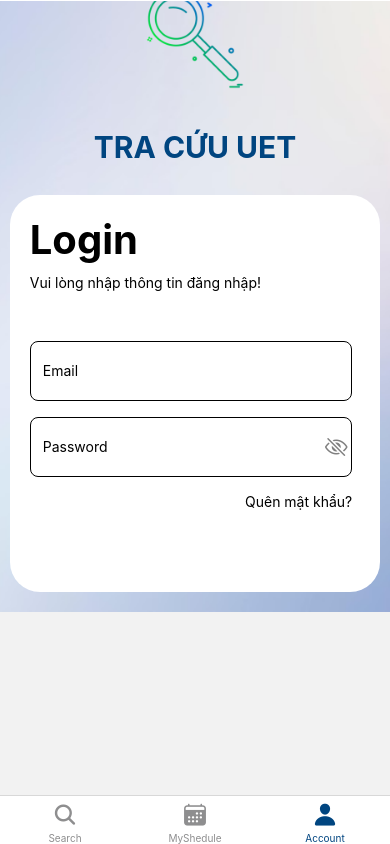
Repository: nguyenkhackien/Student-Progress-Tracker-
Screen: /Account (app in MyApp/)
An editor plug-in stored every save of this project. The screen is shown before and after the next save, followed by the edit.
The app was drawn by React Native's web renderer in a window 390 px wide. The project was rebuilt for these pictures with package versions that can differ from the ones it lists, and the page was loaded fresh each time. Also part of the build but not shown: MyApp/src/components/MyScheduleScreen.js.

Above is the screen before, as saved 2024-07-21 22:30:39.

### MyApp/App.js
import { createBottomTabNavigator } from "@react-navigation/bottom-tabs"
import { StatusBar } from "react-native"
import { Platform, SafeAreaView, StyleSheet, Text, View } from "react-native"
import AccountScreen from "./src/components/AccountScreen"
import MyScheduleScreen from "./src/components/MyScheduleScreen"
import SearchScreen from "./src/components/SearchSreen"
import { NavigationContainer } from "@react-navigation/native"
import { primaryColor } from "./src/Constants/Color"
import { Ionicons } from "@expo/vector-icons"

const Tab = createBottomTabNavigator()
const screenOptions = {
    headerShown: false,
    tabBarActiveTintColor: primaryColor,
}
export default function App() {
    return (
        <SafeAreaView style={styles.root}>
            <NavigationContainer>
                <Tab.Navigator screenOptions={screenOptions}>
                    <Tab.Screen
                        name="Search"
                        component={SearchScreen}
                        options={{
                            tabBarIcon: ({ focus, color, size }) => {
                                return (
                                    <Ionicons
                                        name={"search"}
                                        size={size}
                                        color={color}
                                    />
                                )
                            },
                        }}
                    />
                    <Tab.Screen
                        name="MyShedule"
                        component={MyScheduleScreen}
                        options={{
                            tabBarIcon: ({ focus, color, size }) => {
                                return (
                                    <Ionicons
                                        name={"calendar"}
                                        size={size}
                                        color={color}
                                    />
                                )
                            },
                        }}
                    />
                    <Tab.Screen
                        name="Account"
                        component={AccountScreen}
                        options={{
                            tabBarIcon: ({ focus, color, size }) => {
                                return (
                                    <Ionicons
                                        name={"person"}
                                        size={size}
                                        color={color}
                                    />
                                )
                            },
                        }}
                    />
                </Tab.Navigator>
            </NavigationContainer>
        </SafeAreaView>
    )
}
const styles = StyleSheet.create({
    root: {
        flex: 1,
        paddingTop: Platform.OS === "android" ? StatusBar.currentHeight : 1,
    },

})

### MyApp/src/components/AccountScreen.js
import { StyleSheet, Text, View } from "react-native"
import LoginScreen from "./LoginScreen"
export default function AccountScreen() {
    return (
        <LoginScreen/>
    )
}
const style = StyleSheet.create({

})

### MyApp/src/components/SearchSreen.js
import { StyleSheet, Text, View } from "react-native"

export default function SearchScreen() {
    return (
        <View>
            <Text> Search screen</Text>
        </View>
    )
}

### MyApp/src/Constants/Color.js
export const primaryColor = "#004580"

### MyApp/src/components/LoginScreen.js
import React, { useState } from "react"
import {
    View,
    Text,
    Image,
    TextInput,
    TouchableOpacity,
    ImageBackground,
    TouchableWithoutFeedback,
    Keyboard,
} from "react-native"
import { Ionicons } from "@expo/vector-icons"
import { primaryColor } from "../Constants/Color"

const LoginScreen = () => {
    const [Email, setEmail] = useState("")
    const [password, setPassword] = useState("")
    const [passwordVisible, setPasswordVisible] = useState(false)

    const togglePasswordVisibility = () => {
        setPasswordVisible(!passwordVisible)
    }

    return (
        <TouchableWithoutFeedback onPress={Keyboard.dismiss}>
            <View>
                <ImageBackground
                    source={require("../../assets/bgc.png")}
                    style={{ width: "100%", height: "100%" }}
                >
                    <View style={styles.container}>
                        <Image
                            source={require("../../assets/logo.png")}
                            style={styles.logoIcon}
                        />
                        <Text style={styles.title}>TRA CỨU UET</Text>
                        <View style={styles.loginContainer}>
                            <Text
                                style={{
                                    fontSize: 40,
                                    color: "black",
                                    fontWeight: "bold",
                                    marginBottom: 10,
                                }}
                            >
                                Login
                            </Text>
                            <Text style={{ marginBottom: 50 }}>
                                Vui lòng nhập thông tin đăng nhập!
                            </Text>
                            <View style={styles.inputContainer}>
                                <TextInput
                                    style={styles.input}
                                    onChangeText={setEmail}
                                    value={Email}
                                    placeholder="Email"
                                />
                            </View>
                            <View style={styles.inputContainer}>
                                <TextInput
                                    style={styles.input}
                                    onChangeText={setPassword}
                                    value={password}
                                    placeholder="Password"
                                    secureTextEntry={!passwordVisible}
                                />
                                <TouchableOpacity
                                    onPress={togglePasswordVisibility}
                                    style={styles.eyeIcon}
                                >
                                    <Ionicons
                                        name={
                                            passwordVisible
                                                ? "eye-outline"
                                                : "eye-off-outline"
                                        }
                                        size={24}
                                        color="grey"
                                    />
                                </TouchableOpacity>
                            </View>
                            <TouchableOpacity style={{ justifyContent: 'flex-end', flexDirection: 'row', marginRight: 8 }}>
                                <Text style={{}}>Quên mật khẩu?</Text>
                            </TouchableOpacity>
                        </View>
                    </View>
                </ImageBackground>
            </View>
        </TouchableWithoutFeedback>
    )
}

const styles = {
    container: {
        flex: 1,
        justifyContent: "flex-end",
        alignItems: "center",
    },
    title: {
        fontSize: 30,
        fontWeight: "bold",
        marginBottom: 30,
        color: primaryColor,
    },
    logoIcon: {
        width: 150,
        height: 150,
        marginVertical: 20,
    },
    loginContainer: {
        width: "95%",
        height: "65%",
        padding: 20,
        marginBottom: 20,
        backgroundColor: "white",
        borderRadius: 30,
    },
    inputContainer: {
        flexDirection: "row",
        alignItems: "center",
        marginBottom: 16,
    },
    input: {
        flex: 1,
        height: 60,
        borderWidth: 1,
        borderRadius: 8,
        paddingHorizontal: 12,
        marginRight: 8,
    },
    phoneIcon: {
        position: "absolute",
        right: 12,
    },
    eyeIcon: {
        position: "absolute",
        right: 12,
    },
}

export default LoginScreen

After the next save:
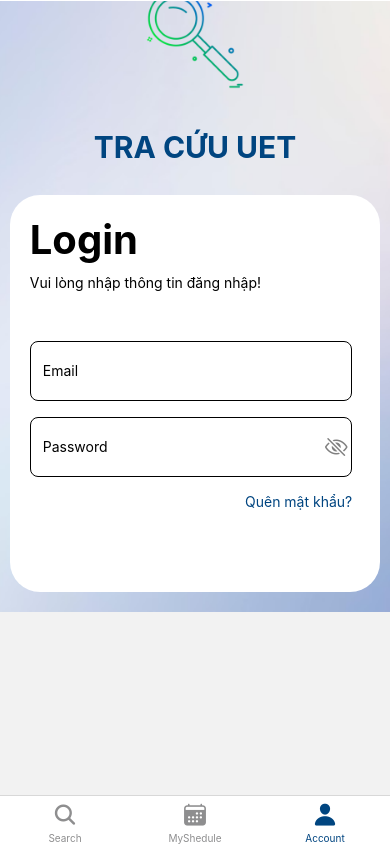
Saved 5 s later.
--- a/MyApp/src/components/LoginScreen.js
+++ b/MyApp/src/components/LoginScreen.js
@@ -80,7 +80,7 @@ const LoginScreen = () => {
                                 </TouchableOpacity>
                             </View>
                             <TouchableOpacity style={{ justifyContent: 'flex-end', flexDirection: 'row', marginRight: 8 }}>
-                                <Text style={{}}>Quên mật khẩu?</Text>
+                                <Text style={{color:primaryColor}}>Quên mật khẩu?</Text>
                             </TouchableOpacity>
                         </View>
                     </View>
